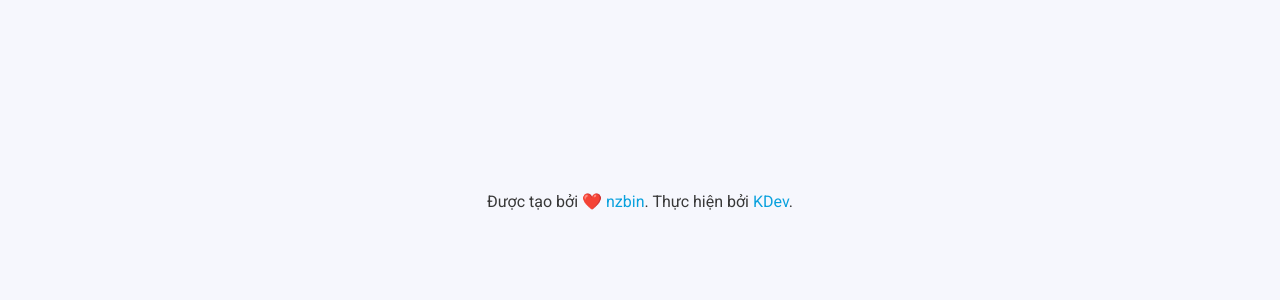
Repository: haokiet2501/lazy-loader-animation
Page: index.html
The author's editor kept a copy of each file at every save. The page is drawn from the files as they stood at one save, then again after a run of saves.
The browser window is 1280 px wide. The pictures show the whole page.
The style sheet was rebuilt from its Sass, Less or Tailwind sources for each picture, by a compiler version that may differ from the author's.

Above is the page before, as saved 2022-05-06 19:42:52.

After the next 3 saves:
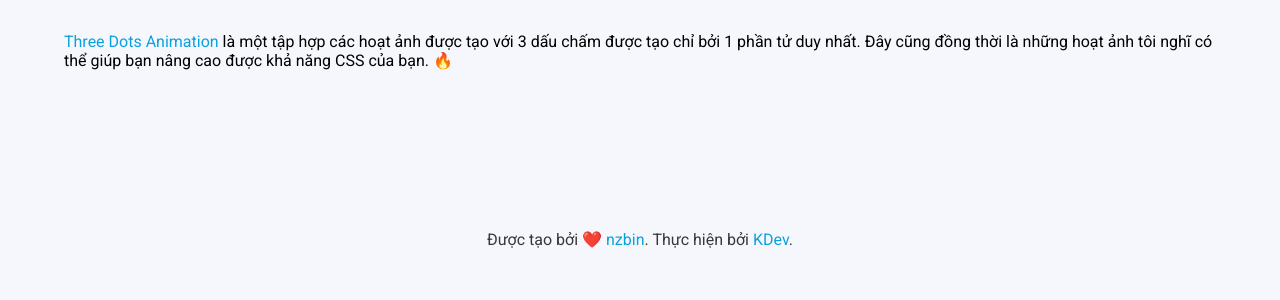
The 3 saves are shown as one change because they came seconds apart.
The last was saved 10 s later.
--- a/index.html
+++ b/index.html
@@ -11,9 +11,9 @@
 <body>
     <div class="container">
 
-            <!-- <div class="title">
+            <div class="title">
                 <a href="/" target="_blank">Three Dots Animation</a> là một tập hợp các hoạt ảnh được tạo với 3 dấu chấm được tạo chỉ bởi 1 phần tử duy nhất. Đây cũng đồng thời là những hoạt ảnh tôi nghĩ có thể giúp bạn nâng cao được khả năng CSS của bạn. 🔥
-            </div> -->
+            </div>
         </div>
 
         <div class="row">
